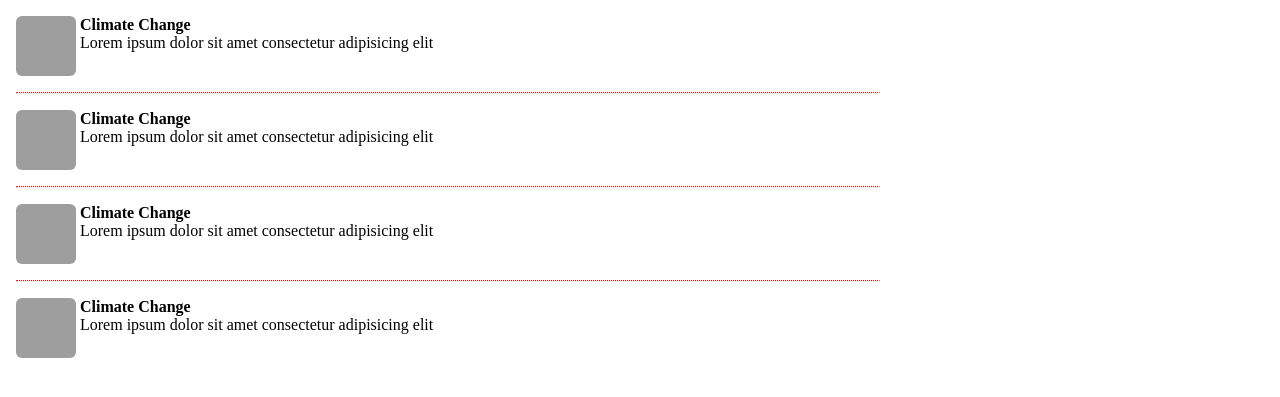
Repository: longNT0dev/C4E132
Page: SS3/index.html
The author's editor kept a copy of each file at every save. The page is drawn from the files as they stood at one save, then again after the next save.
The browser window is 1280 px wide. The pictures show the whole page.
Pictures or frames that could not be fetched are drawn as grey boxes.

Above is the page before, as saved 2022-09-28 22:08:58.

### SS3/index.html
<!DOCTYPE html>
<html lang="en">
  <head>
    <meta charset="UTF-8" />
    <meta http-equiv="X-UA-Compatible" content="IE=edge" />
    <meta name="viewport" content="width=device-width, initial-scale=1.0" />
    <title>Document</title>
    <link rel="stylesheet" href="style.css" />
  </head>
  <body>
    <!-- <p>Đây là style theo tên thẻ 1</p>
    <p class="big-font-size">Đây là style theo tên thẻ 2</p>
    <h1 class="class-1 class-2">Đây là style theo tên thẻ</h1>
    <h1 id="id-1" class="big-font-size">Đây là style theo tên thẻ</h1> -->

    <div class="container">

      <div class="item">
        <img
          src="https://cdn.pixabay.com/photo/2015/04/23/22/00/tree-736885__480.jpg"
          alt="avatar"
        />
        <div class="content">
          <h1>Climate Change</h1>
          <p>Lorem ipsum dolor sit amet consectetur adipisicing elit</p>
        </div>
      </div>

      <hr>

      <div class="item">
        <img
          src="https://cdn.pixabay.com/photo/2015/04/23/22/00/tree-736885__480.jpg"
          alt="avatar"
        />
        <div class="content">
          <h1>Climate Change</h1>
          <p>Lorem ipsum dolor sit amet consectetur adipisicing elit</p>
        </div>
      </div>

      <hr>

      <div class="item">
        <img
          src="https://cdn.pixabay.com/photo/2015/04/23/22/00/tree-736885__480.jpg"
          alt="avatar"
        />
        <div class="content">
          <h1>Climate Change</h1>
          <p>Lorem ipsum dolor sit amet consectetur adipisicing elit</p>
        </div>
      </div>

      <hr>

      <div class="item">
        <img
          src="https://cdn.pixabay.com/photo/2015/04/23/22/00/tree-736885__480.jpg"
          alt="avatar"
        />
        <div class="content">
          <h1>Climate Change</h1>
          <p>Lorem ipsum dolor sit amet consectetur adipisicing elit</p>
        </div>
      </div>
    </div>
  </body>
</html>

### SS3/style.css
/* selector  */

/* Chọn theo tên thẻ */
/* p {
    color: red;
    background-color: black;
} */

/* Chọn theo class */
/* .class-1 {
    color: green;
    background-color: black;
}

.big-font-size {
    font-size: 50px;
}

#id-1 {
    color: blue;
    background-color: black;
} */

*{
    margin: 0;
    padding: 0;
    box-sizing: border-box;
    font-size: 16px;
}

.container {
    width: 70%;
    height: auto;
    padding: 0px 16px;
}

.container hr {
    border-top: 1px dotted red;
}

.item {
    width: 100%;
    height: 23%;
    margin: 16px 0px;
}

.item img {
    width: 60px;
    height: 60px;
    border-radius: 6px;
    vertical-align: top;
}

.content {
    display: inline-block;
    width: auto;
    height: 100%;
}

After the next save:
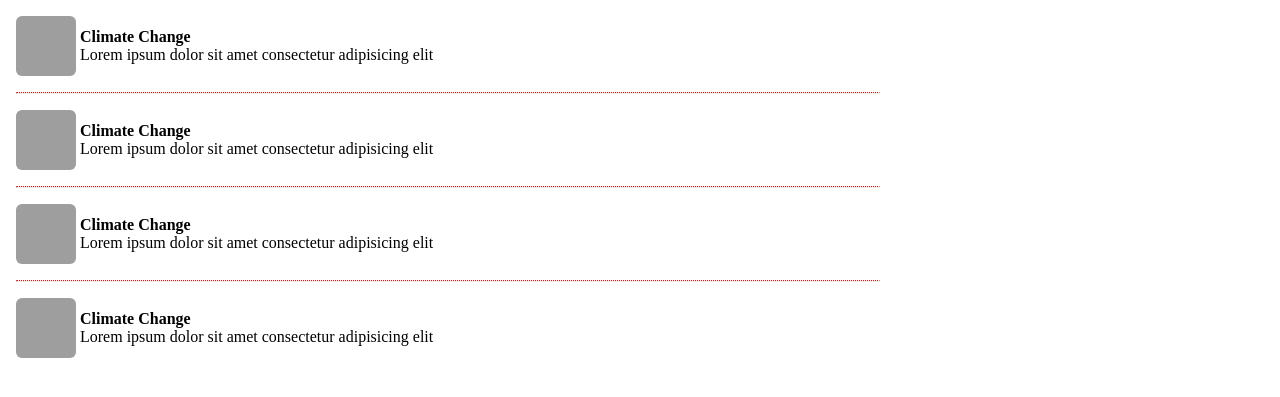
Saved 19 s later.
--- a/SS3/style.css
+++ b/SS3/style.css
@@ -55,4 +55,5 @@
     display: inline-block;
     width: auto;
     height: 100%;
+    padding-top: 12px;
 }
